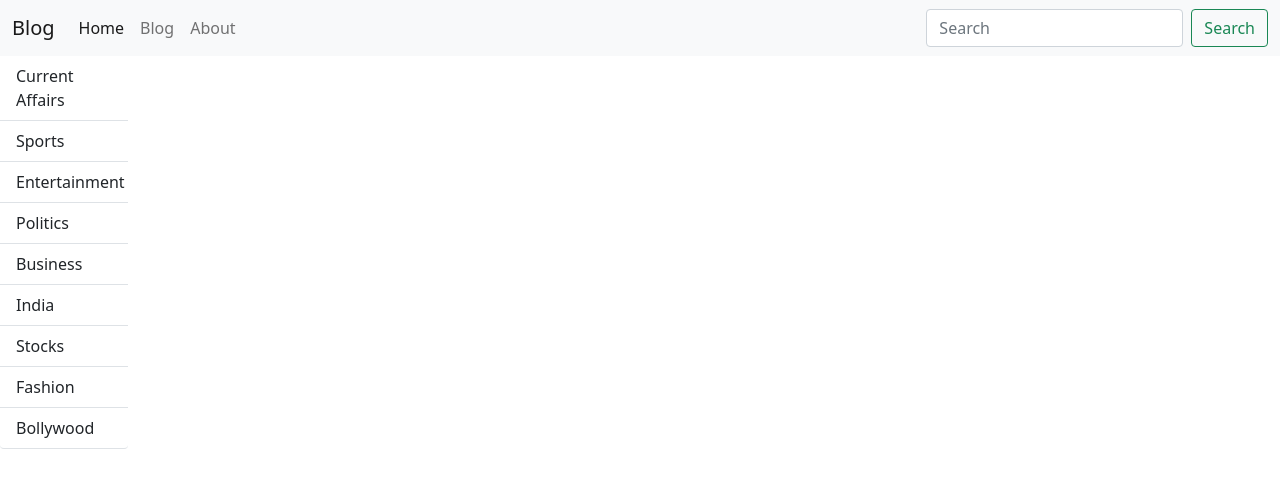
Repository: syni18/bootstrap_blog
Page: index.html
The author's editor kept a copy of each file at every save. The page is drawn from the files as they stood at one save, then again after the next save.
The browser window is 1280 px wide. The pictures show the whole page.

Above is the page before, as saved 2023-10-25 21:09:31.

### index.html
<!DOCTYPE html>
<html lang="en">
<head>
    <meta charset="UTF-8">
    <meta name="viewport" content="width=device-width, initial-scale=1.0">
     <link href="https://cdn.jsdelivr.net/npm/bootstrap@5.0.2/dist/css/bootstrap.min.css" rel="stylesheet" integrity="sha384-EVSTQN3/azprG1Anm3QDgpJLIm9Nao0Yz1ztcQTwFspd3yD65VohhpuuCOmLASjC" crossorigin="anonymous">
    <script src="https://cdn.jsdelivr.net/npm/bootstrap@5.0.2/dist/js/bootstrap.bundle.min.js" integrity="sha384-MrcW6ZMFYlzcLA8Nl+NtUVF0sA7MsXsP1UyJoMp4YLEuNSfAP+JcXn/tWtIaxVXM" crossorigin="anonymous"></script>
    <title>Blogging</title>
</head>
<body>
    <nav class="navbar navbar-expand-lg navbar-light bg-light">
      <div class="container-fluid">
        <a class="navbar-brand" href="#">
          Blog
        </a>
        <button
          class="navbar-toggler"
          type="button"
          data-bs-toggle="collapse"
          data-bs-target="#navbarSupportedContent"
          aria-controls="navbarSupportedContent"
          aria-expanded="false"
          aria-label="Toggle navigation"
        >
          <span class="navbar-toggler-icon"></span>
        </button>
        <div class="collapse navbar-collapse" id="navbarSupportedContent">
          <ul class="navbar-nav me-auto mb-2 mb-lg-0">
            <li class="nav-item">
              <a class="nav-link active" aria-current="page" href="#">
                Home
              </a>
            </li>
            <li class="nav-item">
              <a class="nav-link" href="#">
                Blog
              </a>
            </li>
            <!-- <li class="nav-item dropdown">
              <a
                class="nav-link dropdown-toggle"
                href="#"
                id="navbarDropdown"
                role="button"
                data-bs-toggle="dropdown"
                aria-expanded="false"
              >
                Dropdown
              </a>
              <ul class="dropdown-menu" aria-labelledby="navbarDropdown">
                <li>
                  <a class="dropdown-item" href="#">
                    Action
                  </a>
                </li>
                <li>
                  <a class="dropdown-item" href="#">
                    Another action
                  </a>
                </li>
                <li>
                  <hr class="dropdown-divider" />
                </li>
                <li>
                  <a class="dropdown-item" href="#">
                    Something else here
                  </a>
                </li>
              </ul>
            </li> -->
            <li class="nav-item">
              <a class="nav-link" href="#">
                About
              </a>
            </li>
          </ul>
          <form class="d-flex">
            <input
              class="form-control me-2"
              type="search"
              placeholder="Search"
              aria-label="Search"
            />
            <button class="btn btn-outline-success" type="submit">
              Search
            </button>
          </form>
        </div>
      </div>
    </nav>
            <div class="p-0" style="width: 10%;">
          <ul class="list-group">
            <li class="list-group-item border-0 border-bottom">Current Affairs</li>
            <li class="list-group-item border-0 border-bottom">Sports</li>
            <li class="list-group-item border-0 border-bottom">Entertainment</li>
            <li class="list-group-item border-0 border-bottom">Politics</li>
            <li class="list-group-item border-0 border-bottom">Business</li>
            <li class="list-group-item border-0 border-bottom">India</li>
            <li class="list-group-item border-0 border-bottom">Stocks</li>
            <li class="list-group-item border-0 border-bottom">Fashion</li>
            <li class="list-group-item border-0 border-bottom">Bollywood</li>

          </ul>
        </div>
</body>
</html>

After the next save:
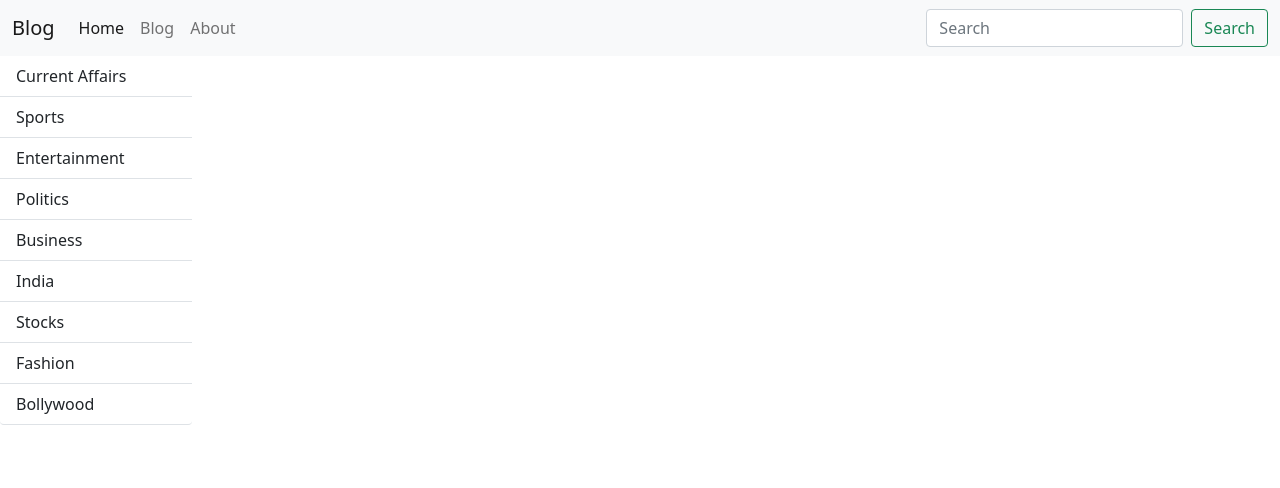
Saved 9 s later.
--- a/index.html
+++ b/index.html
@@ -88,7 +88,7 @@
         </div>
       </div>
     </nav>
-            <div class="p-0" style="width: 10%;">
+            <div class="p-0" style="width: 15%;">
           <ul class="list-group">
             <li class="list-group-item border-0 border-bottom">Current Affairs</li>
             <li class="list-group-item border-0 border-bottom">Sports</li>
